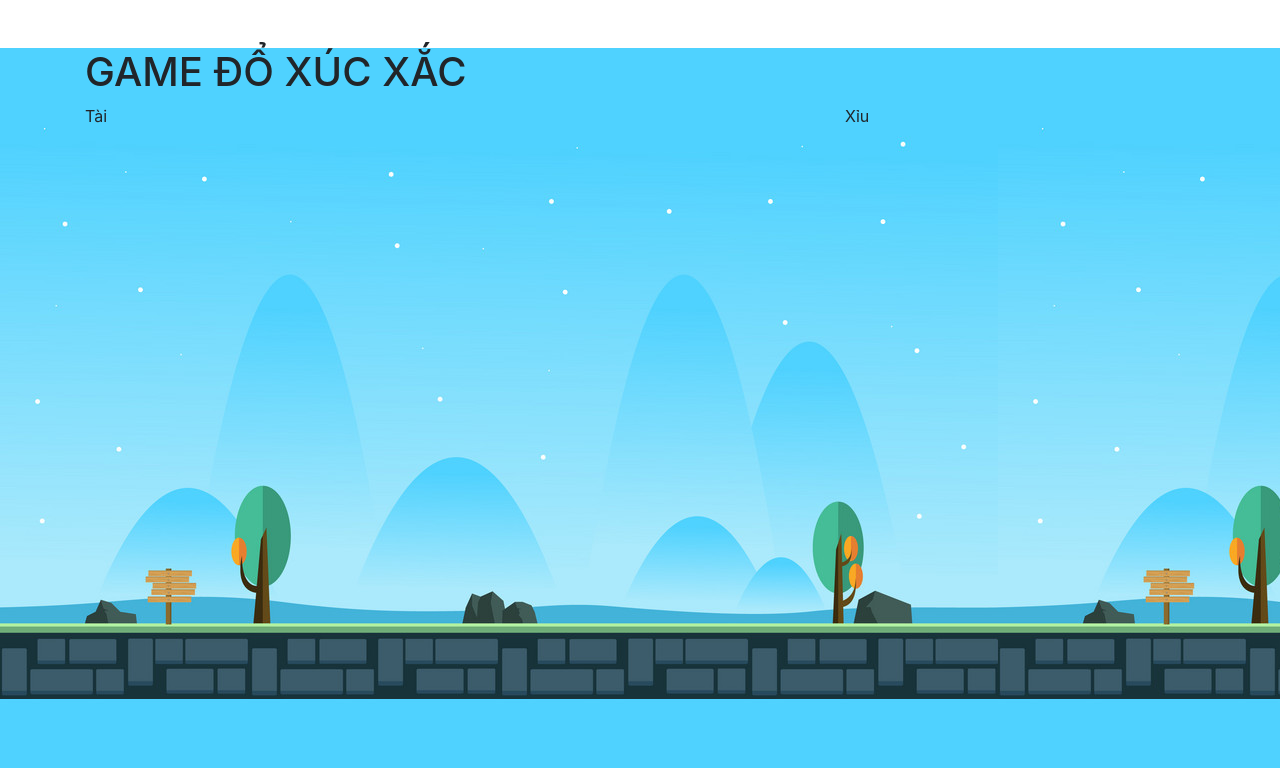
Repository: dovanthao2404/game-xuc-sac
Page: /
An editor plug-in stored every save of this project. The page is shown before and after the next save, followed by the edit.
The browser window is 1280 px wide. The pictures show the whole page.
The project was rebuilt for these pictures with package versions that can differ from the ones it lists, and the page was loaded fresh each time.

Above is the page before, as saved 2021-09-11 13:02:36.

After the next save:
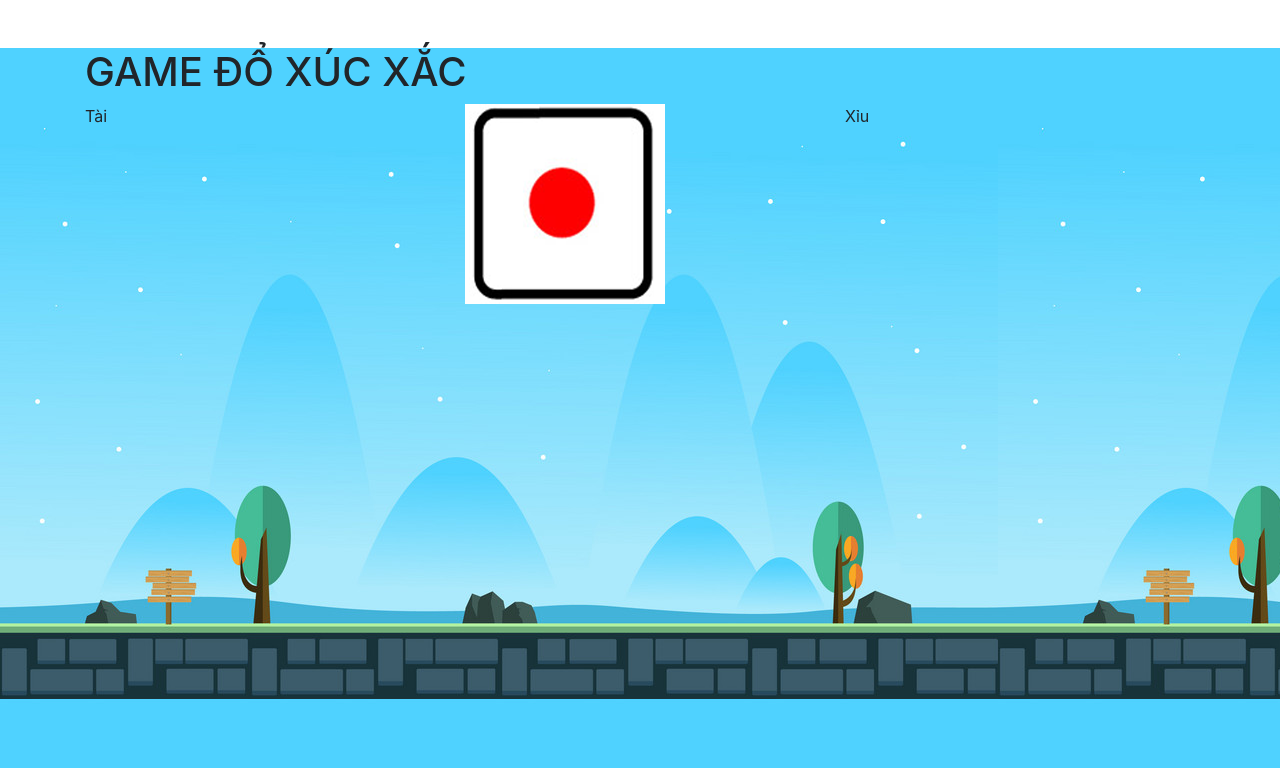
Saved 22 s later.
--- a/src/App.js
+++ b/src/App.js
@@ -15,7 +15,7 @@ function App() {
               </div>
             </div>
             <div className="col-4">
-              <img src="./" alt="" />
+              <img src="./images/1.png" alt="" />
             </div>
             <div className="col-4">
               <div className="type">
